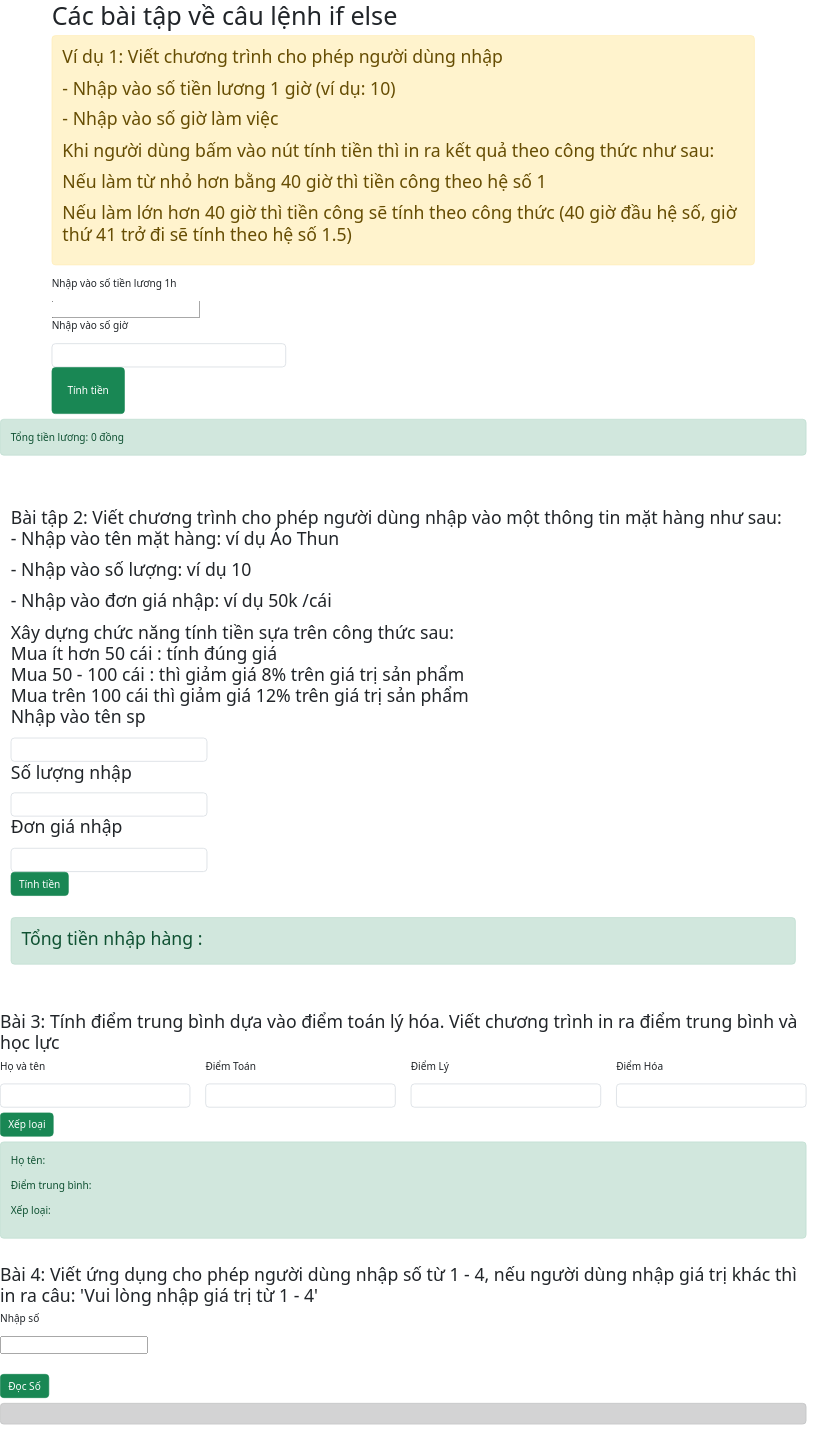
Repository: hcozyph/cyberSoft_JS_fulldocs
Page: JS_4/index.html
An editor plug-in stored every save of this project. The page is shown before and after a run of saves, followed by the edit.
The browser window is 1280 px wide. The page is 1292 px wide, so the pictures cover 1292 px, including what lies to the right of the window. The pictures show the whole page, at 63% of full size.

Above is the page before, as saved 2023-02-05 09:56:35.

After the next 2 saves:
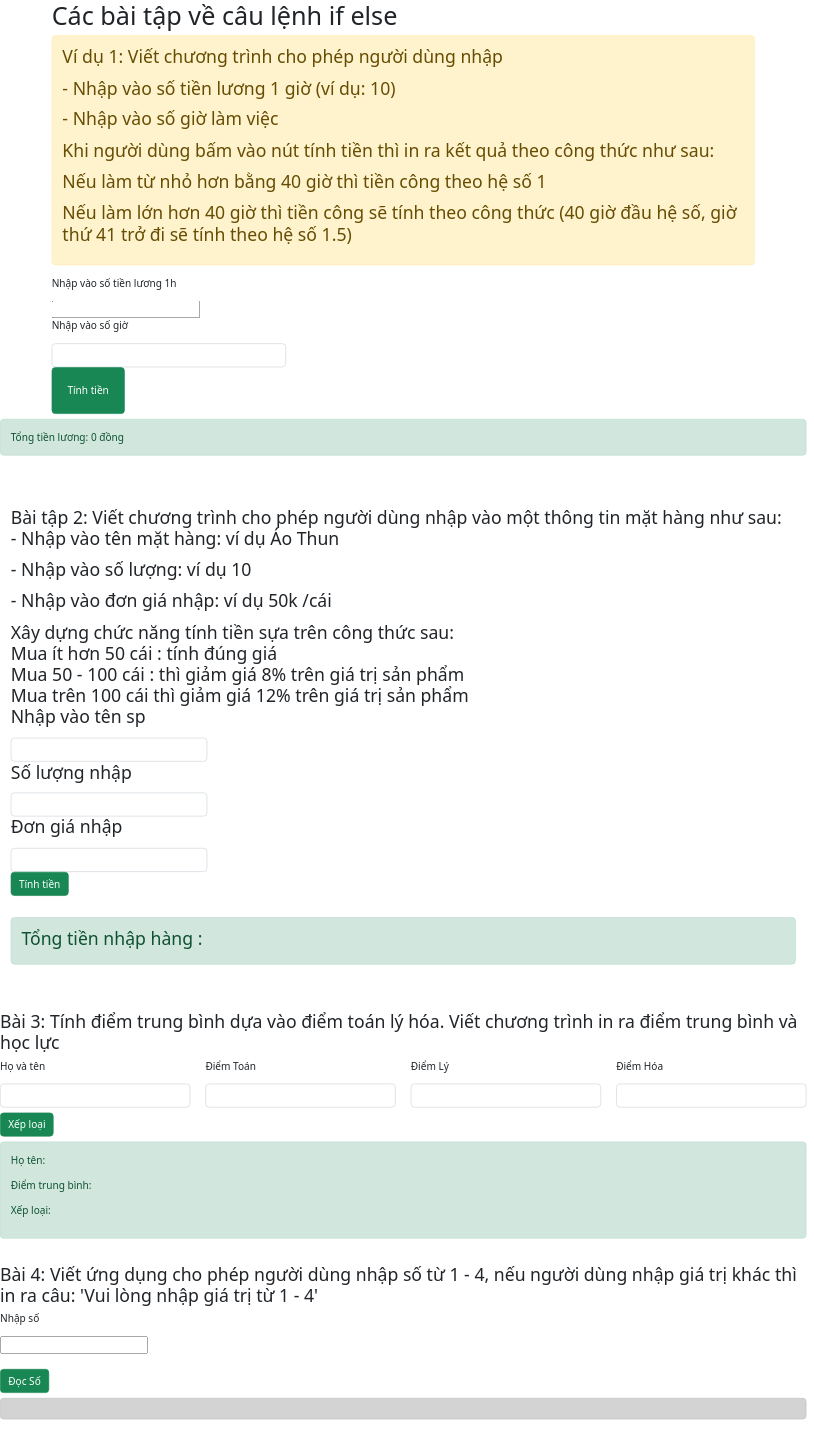
The 2 saves are shown as one change because they came seconds apart.
The last was saved 14 s later.
--- a/JS_4/index.html
+++ b/JS_4/index.html
@@ -201,7 +201,7 @@
 
             <br />
             <br />
-            <button class="btn btn-success mt-2" id="btnDocSo">Đọc Số</button>
+            <button class="btn btn-success" id="btnDocSo">Đọc Số</button>
         </div>
 
         <div class="alert alert-dark text-light mt-2" id="output-doc-so"></div>

After the 2 saves that followed:
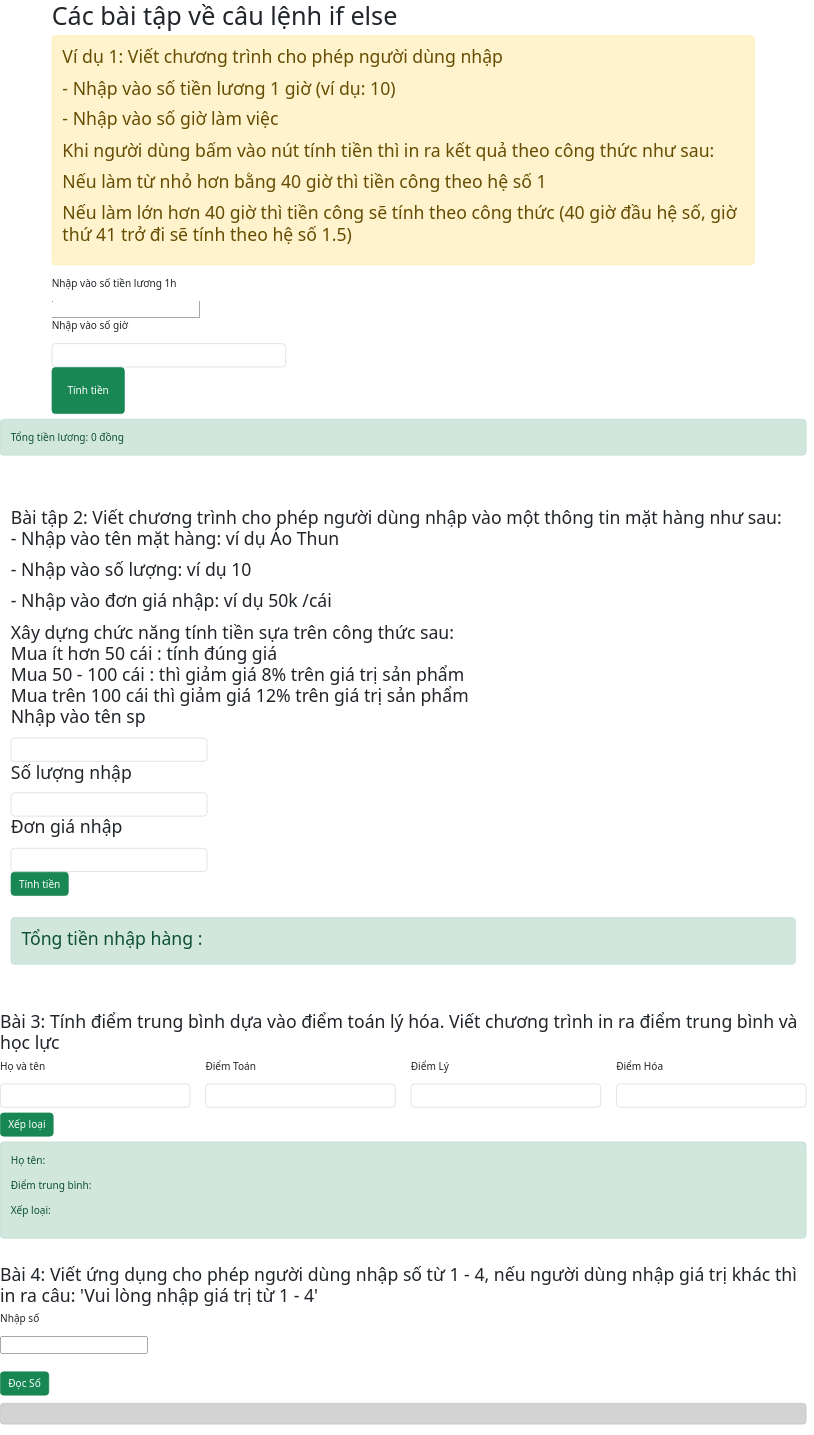
The 2 saves are shown as one change because 1 left the picture as it was.
The last was saved 25 s later.
--- a/JS_4/index.html
+++ b/JS_4/index.html
@@ -194,14 +194,14 @@
             4'
         </h3>
 
-        <div class="form-group">
+        <div class="form-group my-1">
             <p>Nhập số</p>
 
             <input type="text" id="nhapSo" />
 
             <br />
             <br />
-            <button class="btn btn-success" id="btnDocSo">Đọc Số</button>
+            <button class="btn btn-success my-1" id="btnDocSo">Đọc Số</button>
         </div>
 
         <div class="alert alert-dark text-light mt-2" id="output-doc-so"></div>
